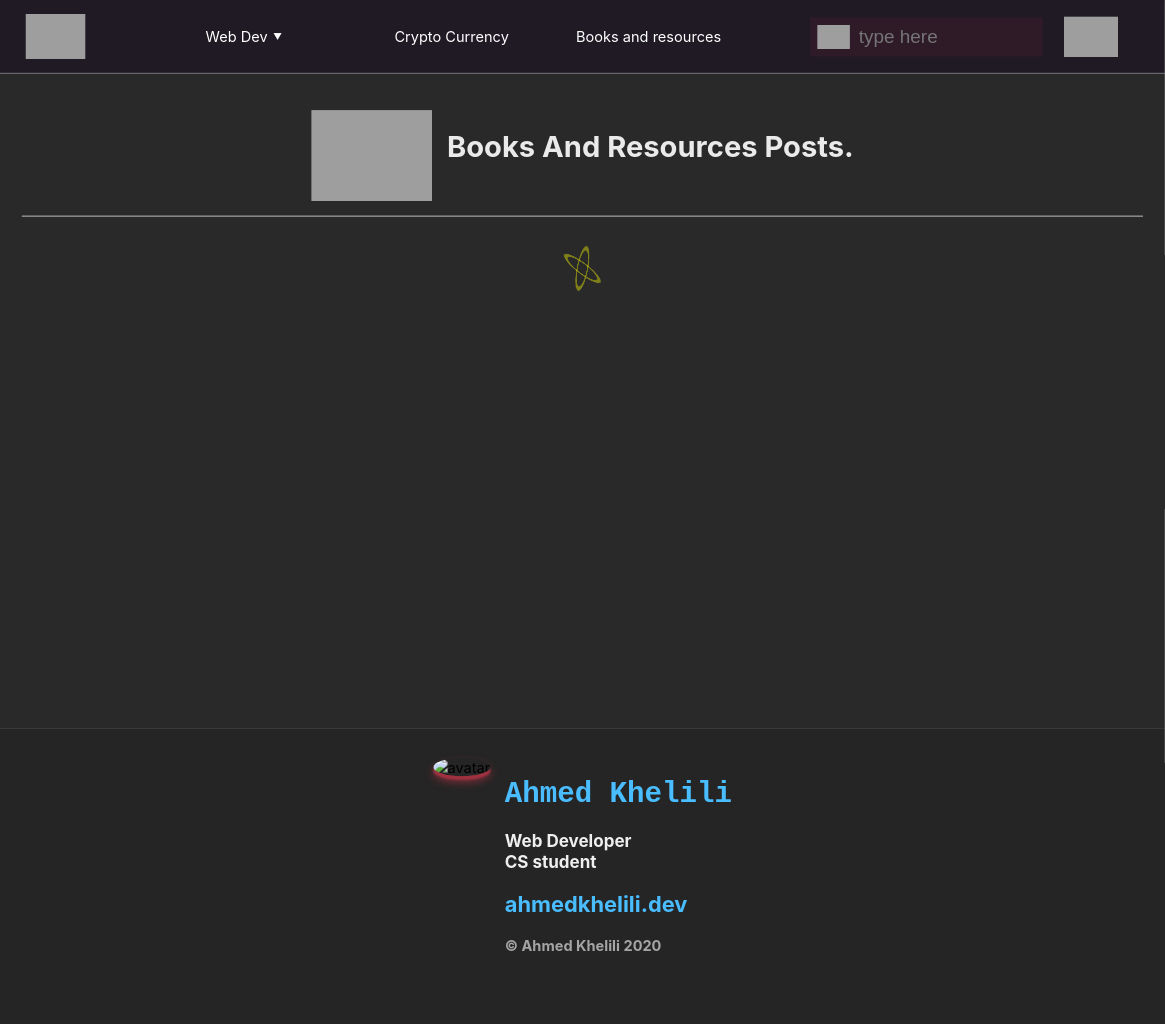
Repository: Midoukh/my-blog
Page: /BooksAndResources
The author's editor kept a copy of each file at every save. The page is drawn from the files as they stood at one save, then again after the next save.
The browser window is 1280 px wide. The pictures show the whole page, at 91% of full size.
Pictures or frames that could not be fetched are drawn as grey boxes. The page's requests for data from a server got no answer. Some web fonts or font styles are not loaded; a fallback is used. The project was rebuilt for these pictures with package versions that can differ from the ones it lists, and the page was loaded fresh each time. The framework's server and built-in components were replaced by stand-ins that run in the browser. No one was signed in, and anything a server would have sent is missing. Also part of the build but not shown: next.config.js, Components/Backdrop/Backdrop.jsx, Components/Form/Form.module.css, UI/Button/Button.module.css, UI/Button/Button.jsx, Components/Form/Form.jsx, Components/Nav/DropDown/DropDown.module.css, Components/Nav/DropDown/DropDown.jsx and 1 more.

Above is the page before, as saved 2021-12-27 13:02:31.

### pages/_app.js
import "../styles/globals.css";
import Nav from "../Components/Nav/Nav";
import Footer from "../Components/Footer/Footer";
import Head from "next/head";

function MyApp({ Component, pageProps }) {
  return (
    <div>
      <Head>
        <title>Ahmed Khelili Blog</title>
      </Head>
      <Nav />
      <Component {...pageProps} />
      <Footer />
    </div>
  );
}

export default MyApp;

### pages/BooksAndResources/index.jsx
import React from "react";
import styles from "../WebDev/GlobalStyle/WebDevPosts.module.css";
const booksoIcon = require("../../public/Assets/read.png");
import BaseCategory from "../../Components/BaseCategory";

const BooksAndResourcesPosts = ({}) => {
  return (
    <BaseCategory
      styles={styles}
      logo={booksoIcon}
      category="books"
      postCategory="Books And Resources"
    />
  );
};

export default BooksAndResourcesPosts;

### styles/globals.css
html,
body {
  padding: 0;
  margin: 0;
  font-family: -apple-system, BlinkMacSystemFont, Segoe UI, Roboto, Oxygen,
    Ubuntu, Cantarell, Fira Sans, Droid Sans, Helvetica Neue, sans-serif;
}

a {
  color: inherit;
  text-decoration: none;
}

* {
  box-sizing: border-box;
}
/* Position and sizing of burger button */
.bm-burger-button {
  position: absolute;
  width: 36px;
  height: 30px;
  right: 36px;
  top: 26px;
}
@media (min-width: 800px) {
  .bm-burger-button {
    display: none;
  }
}
/* Color/shape of burger icon bars */
.bm-burger-bars {
  background: #cee7f5;
}

/* Color/shape of burger icon bars on hover*/
.bm-burger-bars-hover {
  background: #a90000;
}

/* Position and sizing of clickable cross button */
.bm-cross-button {
  height: 24px;
  width: 24px;
}

/* Color/shape of close button cross */
.bm-cross {
  background: #bdc3c7;
}

/*
  Sidebar wrapper styles
  Note: Beware of modifying this element as it can break the animations - you should not need to touch it in most cases
  */
.bm-menu-wrap {
  position: fixed;
  height: 100%;
  top: 0;
}

/* General sidebar styles */
.bm-menu {
  background: #373a47;
  padding: 2.5em 1.5em 0;
  font-size: 1.15em;
}

/* Morph shape necessary with bubble or elastic */
.bm-morph-shape {
  fill: #373a47;
}

/* Wrapper for item list */
.bm-item-list {
  color: #b8b7ad;
  padding: 0.8em;
}

/* Individual item */
.bm-item {
  display: inline-block;
}

/* Styling of overlay */
.bm-overlay {
  background: rgba(0, 0, 0, 0.3);
  top: 0;
  left: 0;
}
.menu-item {
  list-style: none;
  display: flex;
  align-items: center;
  cursor: pointer;
  transition: all 0.2s cubic-bezier(0.19, 1, 0.22, 1);
}
.menu-item:hover {
  opacity: 0.7;
}
.menu-item img {
  max-height: 22px;
  margin-right: 0.5rem;
}
.menu-item:last-child {
  font-weight: 900;
}

### Components/Nav/Nav.jsx
import React from "react";
import { withRouter } from "next/router";
import styles from "./Nav.module.css";
import Search from "./Search/Search";
const logo = require("../../public/Assets/solvent.svg");
import Account from "./UserAccount/Account";
import Link from "next/link";
import DropDown from "./DropDown/DropDown";
import BurgerMenu from "../BurgerMenu";

class Nav extends React.Component {
  constructor(props) {
    super(props);
    this.state = {
      shownMenu: false,
      activeLinkStyle: { color: "#01DFD3", fontWeight: "9000" },
    };
    this.menuRef = React.createRef();
    this.buttonRef = React.createRef();
  }
  handleShowMenu = (e) => {
    const newVal = !this.state.shownMenu;

    this.setState({ shownMenu: newVal }, () => {
      document.addEventListener("click", this.closeMenu);
    });
  };
  closeMenu = (e) => {
    const menu = this.menuRef;
    const button = this.buttonRef;

    if (button && e.target.className !== button.current.className) {
      this.setState({ shownMenu: false });
    }
  };

  componentDidMount() {
    document.addEventListener("click", this.closeMenu);
  }

  render() {
    return (
      <nav className={styles.Nav}>
        <Link href="/">
          <img className={styles.logo} src={logo} alt="Logo" />
        </Link>
        <ul>
          <li className={styles.outerMenu}>
            <ul className={styles.innerMenu}>
              <li
                className={styles.MenuButton}
                onClick={this.handleShowMenu}
                ref={this.buttonRef}
                style={
                  this.props.router.pathname.includes("WebDev")
                    ? this.state.activeLinkStyle
                    : {}
                }
              >
                Web Dev &#11206;
              </li>
              {this.state.shownMenu ? <DropDown ref={this.menuRef} /> : null}
            </ul>
          </li>
          <Link href="/Crypto">
            <li
              style={
                this.props.router.pathname.includes("Crypto")
                  ? this.state.activeLinkStyle
                  : {}
              }
            >
              Crypto Currency
            </li>
          </Link>
          <Link
            href="/BooksAndResources"
            style={
              this.props.router.pathname.includes("BooksAndResources")
                ? this.state.activeLinkStyle
                : {}
            }
          >
            <li style={this.state.activeLink ? this.state.activeLinkStyle : {}}>
              Books and resources
            </li>
          </Link>
        </ul>
        <Search />
        <Account />
        <BurgerMenu />
      </nav>
    );
  }
}

export default withRouter(Nav);

### Components/Footer/Footer.jsx
import React, { useState, useEffect } from "react";
import axios from "axios";
import styles from "./Footer.module.css";

const Footer = () => {
  const [avatar, setAvatar] = useState("");
  const handleGetMyInfoFromGitHub = async () => {
    const response = await axios.get("https://api.github.com/users/Midoukh");
    setAvatar((prev) => response.data.avatar_url);
  };
  const handleGoToGithub = () => {
    window.open("https://github.com/Midoukh", "_blank").focus();
  };
  useEffect(() => {
    handleGetMyInfoFromGitHub();
  });
  return (
    <div className={styles.Footer}>
      <div className={styles.AvatarWrapper}>
        <img src={avatar} alt="avatar" onClick={handleGoToGithub} />
      </div>
      <div className={styles.Details}>
        <h1>Ahmed Khelili</h1>
        <h3>Web Developer</h3>
        <h3>CS student</h3>
        <a href="https://www.ahmedkhelili.dev">
          <h2>ahmedkhelili.dev</h2>
        </a>
        <h4>© Ahmed Khelili 2020</h4>
      </div>
    </div>
  );
};

export default Footer;

### pages/WebDev/GlobalStyle/WebDevPosts.module.css
@import url(//db.onlinewebfonts.com/c/4eed94e85a810fb0ee04526f373f5cd2?family=Diary+of+an+8-bit+mage);

.WebDevPostsContainer,
.WebDevGrid {
  margin: 0;
  background-color: #292929;
  box-sizing: border-box;
  max-width: 100vw;
  min-height: 100vh;
  padding: 1.5rem;
}
.WebDevPostsContainer header {
  display: flex;
  color: white;
  justify-content: center;
  width: 100%;
  box-sizing: border-box;
  border-bottom: 1px solid #ccc;
  padding: 1rem;
}
.WebDevPostsContainer header img {
  height: 100px;
  margin-right: 1rem;
}
.WebDevPostsContainer header h1 {
  opacity: 0.9;
}
.WebDevGrid {
  display: grid;
  grid-template-columns: repeat(2, 25vw);
  grid-gap: 2rem;
  color: rgba(255, 255, 255, 0.8);
  justify-content: center;
}
.WebDevGrid img {
  height: 90px;
  margin-right: 1rem;
}
.JS {
  box-shadow: 6px 5px 2px rgba(240, 219, 79, 0.7);
}
.React {
  box-shadow: 6px 5px 2px rgba(10, 186, 168, 0.7);
}
.Node {
  box-shadow: 6px 5px 2px rgba(125, 195, 41, 0.7);
}
.WA {
  box-shadow: 6px 5px 2px rgba(101, 78, 240, 0.7);
}
.WebDevGrid section {
  border: 1px solid #ccc;
  display: flex;
  justify-content: center;
  align-items: center;
  box-sizing: border-box;
  padding: 1rem;
  cursor: pointer;
  transition: all 0.3s ease-in;
}
.WebDevGrid section:hover {
  transform: scale(1.1);
}
.JS:hover {
  color: rgba(240, 219, 79, 1);
}
.React:hover {
  color: rgba(10, 186, 168, 1);
}
.Node:hover {
  color: rgba(125, 195, 41, 1);
}
.WA:hover {
  color: rgba(101, 78, 240, 1);
}
.Grid {
  display: grid;
  grid-template-columns: repeat(4, auto);
  padding: 2rem 0rem;
}
.NoPosts {
  width: 100%;
  display: flex;
  justify-content: center;
  padding-top: 3rem;
}
.NoPosts h1 {
  color: rgba(255, 255, 255, 0.774);
  font-family: "Diary of an 8-bit Mage", monospace;
}
.NoPosts h1 span {
  color: rgba(10, 186, 168, 1);
}

### Components/BaseCategory/index.jsx
import React from "react";
import axios from "axios";
import Blog from "../../Components/Blogs/Blog/Blog";
import { origin } from "../../utils/constants";

import Spinner from "../../Components/Spinner";

class BaseCategory extends React.Component {
  constructor(props) {
    super(props);
    this.state = {
      data: [],
      error: null,
      isPosts: true,
    };
  }
  componentDidMount() {
    this.handleGetPosts();
  }
  handleGetPosts = async () => {
    //categories
    //react, node, java script, web assembly, books, crypto-currency
    //others
    try {
      const res = await axios.get(
        `${origin}/blogs/get?category=${this.props.category}`
      );
      console.log(res);
      const posts = res.data.data ? res.data.data : [];
      const isPosts = res.data.data.length ? true : false;
      this.setState({ data: posts, isPosts });
    } catch (err) {
      console.log(err);
      this.setState({ error: err.message });
    }
  };
  render() {
    const noBlogs = !this.state.isPosts ? (
      <div className={this.props.styles.NoPosts}>
        <h1>
          <span>😲</span> No Posts available
        </h1>
      </div>
    ) : (
      <Spinner />
    );

    return (
      <main className={this.props.styles.WebDevPostsContainer}>
        <header>
          <img src={this.props.logo} />
          <h1>{this.props.postCategory} Posts.</h1>
        </header>
        {this.state.data.length === 0 ? (
          noBlogs
        ) : (
          <div className={this.props.styles.Grid}>
            {this.state.data.map((blg) => (
              <Blog
                key={blg._id}
                name={blg.title}
                bg="linear-gradient(45deg, #1f1a24da, #2f1a24df)"
                link={`/post/${blg.slug}`}
              />
            ))}
          </div>
        )}
      </main>
    );
  }
}

export default BaseCategory;

### Components/Nav/Nav.module.css
/*dark color*/
.Nav {
  max-width: 100vw;
  height: 70px;
  background-color: #1f1a24;
  display: flex;
  align-items: center;
  justify-content: space-around;
  box-sizing: border-box;
  padding: 2.5rem 1rem;
  border-bottom: 0.5px solid rgba(255, 255, 255, 0.3);
  box-shadow: 1px 1px 10px rgba(255, 255, 255, 0.9);
  overflow-y: visible;
}
.logo {
  height: 50px;
  cursor: pointer;
}
.Nav ul {
  list-style: none;
  width: 60%;
  height: 100%;
  display: flex;
  justify-content: space-evenly;
  align-items: center;
  color: white;
  transition: all 0.1s ease-in;
}
.Nav ul li {
  cursor: pointer;
  transition: all 0.2s ease-in;
}
.Nav ul li:hover {
  font-weight: 900;
}
.outerMenu {
  width: 10vw;
}
.innerMenu {
  display: flex;
  flex-flow: column;
  align-items: flex-start;
  justify-content: center;
  position: relative;
}
.MenuButton {
  width: 10vw;
  display: inline;
}

@media (max-width: 800px) {
  .Nav ul {
    display: none;
  }
}

### Components/Nav/Search/Search.jsx
import React, { useRef, useState, useEffect } from "react";
import RingLoader from "react-spinners/RingLoader";
import Link from "next/link";
import axios from "axios";
import styles from "./Search.module.css";
import { origin } from "../../../utils/constants";
const search = require("../../../public/Assets/search.svg");
const javaScriptIcon = require("../../../public/Assets/JavaScript-logo.png");
const reactIcon = require("../../../public/Assets/physics.png");

const categoriesIcons = {
  "java script": javaScriptIcon,
  react: reactIcon,
};

const Search = () => {
  const searchRef = useRef();

  const [posts, setPosts] = useState([]);
  const [noPosts, setNoPosts] = useState(false);
  const [showSuggestions, setShowSuggestions] = useState(false);
  const [loading, setLoading] = useState(false);

  const handleExpandSearchBar = (e) => {
    let newWidth = "22vw";

    if (window.innerWidth <= 800) newWidth = "42vw";

    searchRef.current.style.width = newWidth;
  };
  const handleDecreaseSearchBar = (e) => {
    let newWidth = "20vw";
    if (window.innerWidth <= 800) newWidth = "40vw";
    searchRef.current.style.width = newWidth;
  };
  const handleSearch = async (e) => {
    const { value } = e.target;
    setLoading((prev) => true);
    try {
      const res = await axios.get(`${origin}/blogs/get?search=${value}`);
      const posts = res.data.data.length ? res.data.data : [];
      setPosts((pre) => posts);
      setLoading((prev) => false);
      setShowSuggestions((prev) => true);
      if (posts.length === 0) setNoPosts((prev) => true);
    } catch (err) {
      console.log(err);
      setLoading((prev) => false);
    }
  };
  useEffect(() => {
    window.addEventListener("click", (e) => {
      if (
        e.target.id !== "suggestions" ||
        e.target.parentElement.id !== "suggestions"
      ) {
        setShowSuggestions((prev) => false);
      }
    });
  });
  //categories
  //react, node, java script, web assembly, books, crypto-currency
  //others
  let noSearchPlaceHolder;
  if (!posts.length) {
    noSearchPlaceHolder = (
      <RingLoader size={30} color="#fff" css="margin-right: 1.5rem" />
    );
    if (noPosts) {
      noSearchPlaceHolder = (
        <h3 style={{ margin: "0", margin: "0.5rem" }}>No Post Was Found 🐵</h3>
      );
    }
  }
  return (
    <div className={styles.Search} ref={searchRef}>
      {loading ? (
        <RingLoader size={30} color="#fff" css="margin-right: 1.5rem" />
      ) : (
        <img className={styles.searchIcon} src={search} />
      )}
      <input
        type="text"
        placeholder="type here"
        onFocus={handleExpandSearchBar}
        onBlur={handleDecreaseSearchBar}
        onChange={handleSearch}
      />
      {showSuggestions && (
        <div className={styles.Suggestions} id="suggestions">
          {!posts.length ? (
            noSearchPlaceHolder
          ) : (
            <>
              {posts.map((pst) => (
                <Link href={`/post/${pst.slug}`}>
                  <div key={pst._id} className={styles.Suggestion}>
                    <img src={categoriesIcons[pst.category]} alt="category" />
                    <h5>{pst.title}</h5>
                  </div>
                </Link>
              ))}
              {posts.length > 2 && (
                <div
                  className={styles.Suggestion}
                  style={{ justifyContent: "center" }}
                >
                  <h5>Show All</h5>
                </div>
              )}
            </>
          )}
        </div>
      )}
    </div>
  );
};

export default Search;

### Components/Nav/UserAccount/Account.jsx
import React, { useState, useRef } from 'react'
import styles from './Account.module.css'
const account = require('../../../public/Assets/account.png')
import Backdrop from '../../Backdrop/Backdrop'
import Form from '../../Form/Form'
const Account = (props) => {
	const [showBackdrop, setShowBackdrop] = useState(false)
	const formRef = useRef()

	const handleShowBackdrop = (e) => {
		const newVal = !showBackdrop
		if (e.target.className === 'back-drop' || e.target.className.includes('Account')){
			setShowBackdrop(prev => prev = newVal)

		}
	}
	return (
			<>
			{showBackdrop? <Backdrop hide={handleShowBackdrop}><Form/></Backdrop>: null}
			<img
			className={styles.Account}
			src={account}
			onClick={handleShowBackdrop}
			/>
			</>
			)
}

export default Account

### Components/BurgerMenu/index.jsx
import React from "react";
import { bubble as Menu } from "react-burger-menu";
import Link from "next/link";
const reactIcon = require("../../public/Assets/physics.png");
const JSIcon = require("../../public/Assets/JavaScript-logo.png");
const nodeIcon = require("../../public/Assets/node-js-icon.png");
const cryptoIcon = require("../../public/Assets/bitcoin.png");
const booksIcon = require("../../public/Assets/read.png");
const waIcon = require("../../public/Assets/WA.png");

const BurgerMenu = ({}) => {
  return (
    <Menu right pageWrapId={"page-wrap"} pageWrapId={"page-wrap"}>
      <Link href="/WebDev/React">
        <li id="home" className="menu-item">
          <img src={reactIcon} alt="react" />
          <h3>React</h3>
        </li>
      </Link>
      <Link href="/WebDev/JavaScript">
        <li id="home" className="menu-item">
          <img src={JSIcon} alt="javascript" />
          <h3>JavaScript</h3>
        </li>
      </Link>
      <Link href="/WebDev/Node">
        <li id="home" className="menu-item">
          <img src={nodeIcon} alt="node js" />
          <h3>Node</h3>
        </li>
      </Link>
      <Link href="/WebDev/WebAssembly">
        <li id="home" className="menu-item">
          <img src={waIcon} alt="web assembly" />
          <h3>WebAssembly</h3>
        </li>
      </Link>
      <Link href="/Crypto">
        <li id="home" className="menu-item">
          <img src={cryptoIcon} alt="crypto" />
          <h3>Crypto</h3>
        </li>
      </Link>
      <Link href="/BooksAndResources">
        <li id="home" className="menu-item">
          <img src={booksIcon} alt="books" />
          <h3>Books And Resources</h3>
        </li>
      </Link>
      <Link href="Posts/WebDev">
        <li id="home" className="menu-item">
          Show All
        </li>
      </Link>
    </Menu>
  );
};

export default BurgerMenu;

### Components/Footer/Footer.module.css
@import url(//db.onlinewebfonts.com/c/4eed94e85a810fb0ee04526f373f5cd2?family=Diary+of+an+8-bit+mage);

.Footer {
  background-color: #252525;
  box-sizing: border-box;
  width: 100%;
  min-height: 45vh;
  display: flex;
  justify-content: center;
  padding: 2rem;
}
.AvatarWrapper img {
  border-radius: 50%;
  max-height: 80px;
  box-shadow: 0px 4px 2px #a03240, 0px 6px 10px #a03241cc;
  cursor: pointer;
  transition: all 0.2s cubic-bezier(0.165, 0.84, 0.44, 1);
}
.AvatarWrapper img:hover {
  box-shadow: none;
}
.Details {
  margin-left: 1rem;
}
.Details h1 {
  color: #49bdff;
  font-family: "Diary of an 8-bit Mage", monospace;
}
.Details a {
  text-decoration: none;
}
.Details h2 {
  color: #49bdff;
}
.Details h3 {
  margin: 0;
  color: rgba(255, 255, 255, 0.931);
}
.Details h4 {
  color: rgba(255, 255, 255, 0.589);
}

### utils/constants.js
export const origin =
  process.env.NODE_ENV === "development"
    ? "http://localhost:5000"
    : "http://localhost:5000";

### Components/Spinner/index.jsx
import RingLoader from "react-spinners/RingLoader";

const Spinner = ({}) => {
  return (
    <div
      style={{
        width: "100%",
        display: "flex",
        justifyContent: "center",
        paddingTop: "2rem",
      }}
    >
      <RingLoader size={50} color="yellow" />
    </div>
  );
};

export default Spinner;

### Components/Nav/Search/Search.module.css
.searchIcon {
  height: 27px;
}
.Search {
  background-color: #2f1a28;
  display: flex;
  align-items: center;
  padding: 0.5rem;
  box-sizing: border-box;
  width: 20vw;
  margin: 0;
  transition: all 0.4s ease-out;
  position: relative;
}
.Search input {
  outline: none;
  background-color: transparent;
  border: none;
  margin-left: 0.5rem;
  font-size: 1.3em;
  color: rgba(255, 255, 255, 0.8);
}
.Suggestions {
  position: absolute;
  width: 100%;
  height: auto;
  background-color: white;
  top: 7vh;
  left: 0;
  z-index: 11;
  box-shadow: 2px 2px 16px rgb(255 255 255 / 30%);
  display: flex;
  flex-flow: column;
  justify-content: space-around;
}
.Suggestion {
  display: flex;
  align-items: center;
  padding: 0.5rem;
  width: 100%;
  border-bottom: 1px solid rgba(0, 0, 0, 0.239);
  cursor: pointer;
  transition: all 0.3s cubic-bezier(0.215, 0.61, 0.355, 1);
}

.Suggestion img {
  max-height: 30px;
  margin-right: 0.6rem;
}
.Suggestion h5 {
  margin: 0;
}
.Suggestion:hover {
  background-color: #1f1a24;
  color: white;
}

@media (max-width: 800px) {
  .Search {
    width: 40vw;
  }
}

### Components/Nav/UserAccount/Account.module.css
.Account{
	height: 45px;
	cursor: pointer;
}

### Components/Blogs/Blog/Blog.module.css
@import url(//db.onlinewebfonts.com/c/4eed94e85a810fb0ee04526f373f5cd2?family=Diary+of+an+8-bit+mage);

.Blog {
  position: relative;
  height: 200px;
  width: 240px;
  border-top-left-radius: 25px;
  border-bottom-right-radius: 25px;
  background-size: cover;
  background-position: center;
  overflow: hidden;
  cursor: pointer;
}
.Layer {
  z-index: 2;
  position: absolute;
  top: 0;
  left: 0;
  bottom: 0;
  right: 0;
}
.Blog h1 {
  position: absolute;
  margin: 1rem;
  z-index: 3;
  font-family: "Diary of an 8-bit Mage", monospace;
  color: rgba(255, 255, 255, 0.9);
}

After the next save:
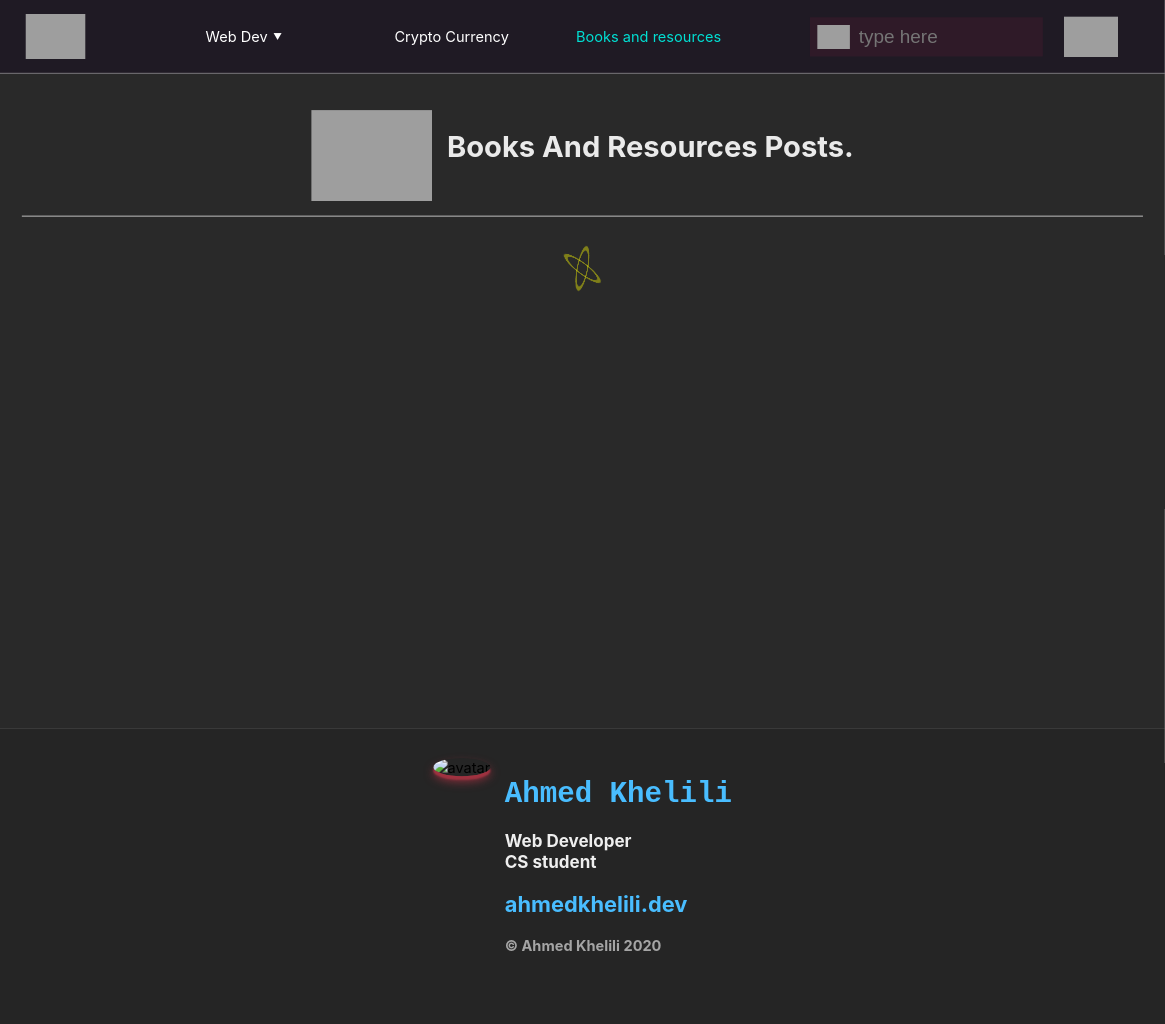
Saved 19 min 36 s later.
--- a/Components/Nav/Nav.jsx
+++ b/Components/Nav/Nav.jsx
@@ -73,15 +73,14 @@ class Nav extends React.Component {
               Crypto Currency
             </li>
           </Link>
-          <Link
-            href="/BooksAndResources"
-            style={
-              this.props.router.pathname.includes("BooksAndResources")
-                ? this.state.activeLinkStyle
-                : {}
-            }
-          >
-            <li style={this.state.activeLink ? this.state.activeLinkStyle : {}}>
+          <Link href="/BooksAndResources">
+            <li
+              style={
+                this.props.router.pathname.includes("BooksAndResources")
+                  ? this.state.activeLinkStyle
+                  : {}
+              }
+            >
               Books and resources
             </li>
           </Link>
